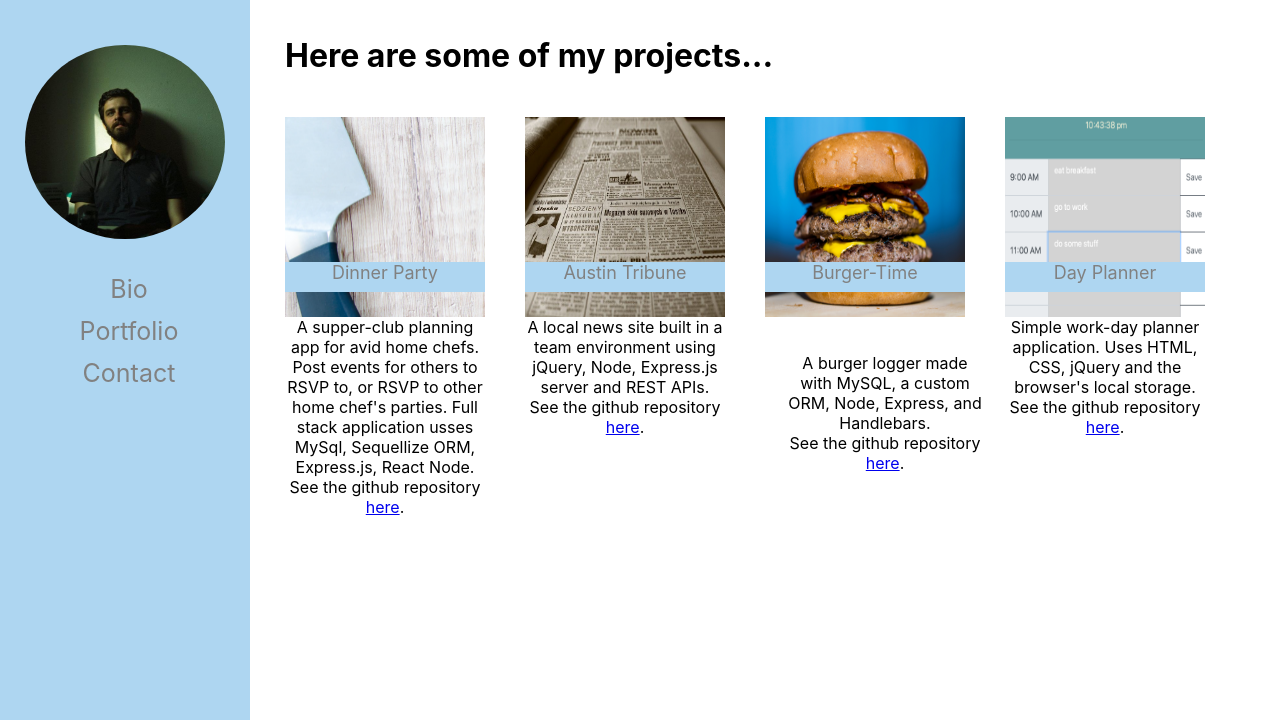
Repository: joeldelatte/react-portfolio
Page: / (app in client/)
These files come from the project's save history. The page is drawn as it stood at one moment and after the next save; the edit follows.
The browser window is 1280 px wide. The pictures show the whole page.
The project was rebuilt for these pictures with package versions that can differ from the ones it lists, and the page was loaded fresh each time. Also part of the build but not shown: client/src/App.css, client/src/Components/Bio/bio.css, client/src/Components/Bio/Bio.js, client/src/Components/Contact/contact.css, client/src/Components/Contact/Contact.js.

Above is the page before, as saved 2020-05-14 14:27:36.

After the next save:
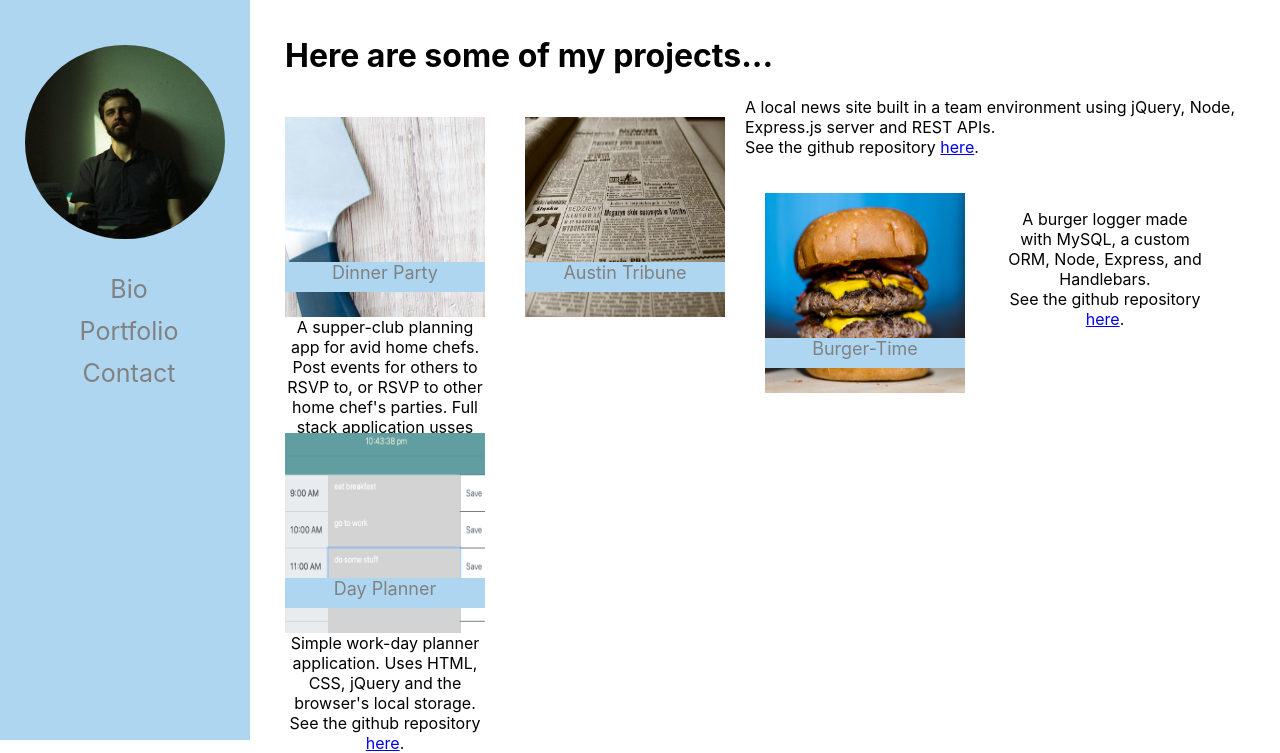
Saved 98 s later.
--- a/client/src/Components/Portfolio/Portfolio.js
+++ b/client/src/Components/Portfolio/Portfolio.js
@@ -30,6 +30,8 @@ export default function Portfolio() {
                     <img className="projectPhoto" src={NewsPaper}></img>
                     <section className="projectLabel">Austin Tribune</section>
                   </a>
+                </div>
+                <div className="projecBox">
                   <p>A local news site built in a team environment using jQuery, Node, Express.js server and REST APIs.
                     <br></br>
                     See the github repository <a href="https://github.com/mmoritz8/Project-1">here</a>.
@@ -40,12 +42,12 @@ export default function Portfolio() {
                     <img className="projectPhoto" src={Burger}></img>
                     <section className="projectLabel">Burger-Time</section>
                   </a>
+                </div>
                 <div className="projectBox">
                   <p>A burger logger made with MySQL, a custom ORM, Node, Express, and Handlebars.
                     <br></br>
                     See the github repository <a href="https://github.com/joeldelatte/eat-da-burger">here</a>.
                   </p>
-                </div>
                 </div>
                 <div className="projectBox">
                   <a href="https://joeldelatte.github.io/day-planner/" target="_blank">
